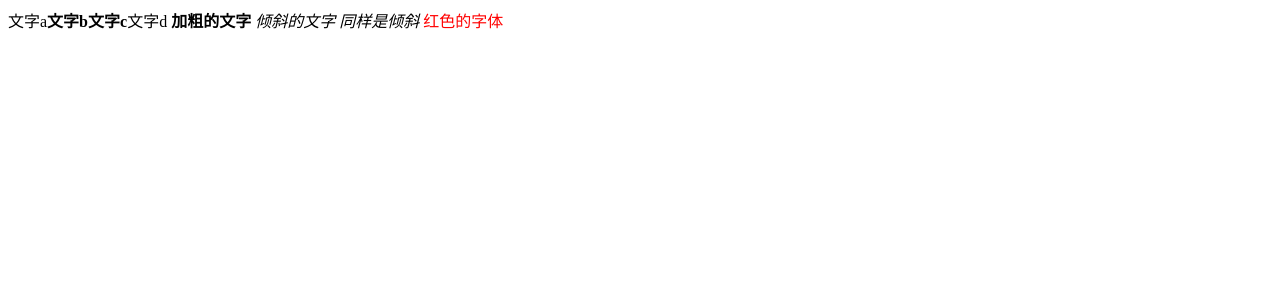
Repository: lqcoffical/basic-frontCode
Page: demohtml/文本标签.html
These files come from the project's save history. The page is drawn as it stood at one moment and after the next save; the edit follows.
The browser window is 1280 px wide. The pictures show the whole page.

Above is the page before, as saved 2019-10-15 14:47:19.

After the next save:
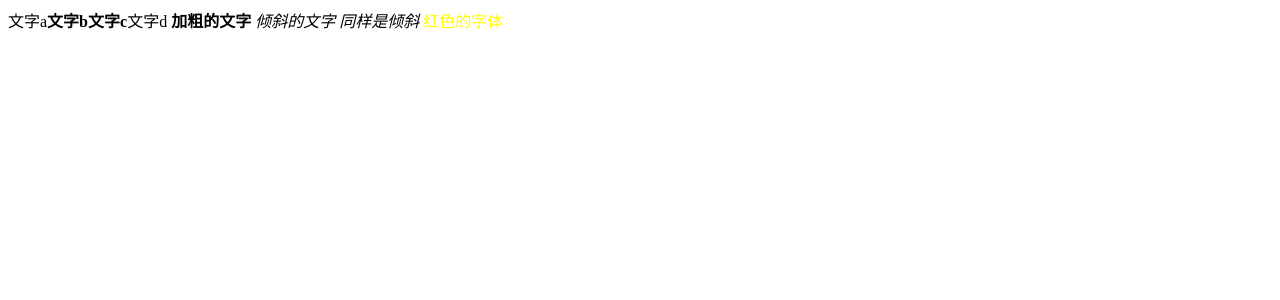
Saved 17 min 58 s later.
--- a/demohtml/文本标签.html
+++ b/demohtml/文本标签.html
@@ -17,6 +17,6 @@
     <!-- 删除线：<s></s>和<del></del>标签表示删除线 -->
     <!-- 下划线：<u></u>和<ins></ins>标签表示下划线 -->
     <!-- 设置字体：<font></font>标签可以通过其属性对字体进行设置 -->
-    <font color = "red">红色的字体</font>
+    <font color = "yellow">红色的字体</font>
 </body>
 </html>
